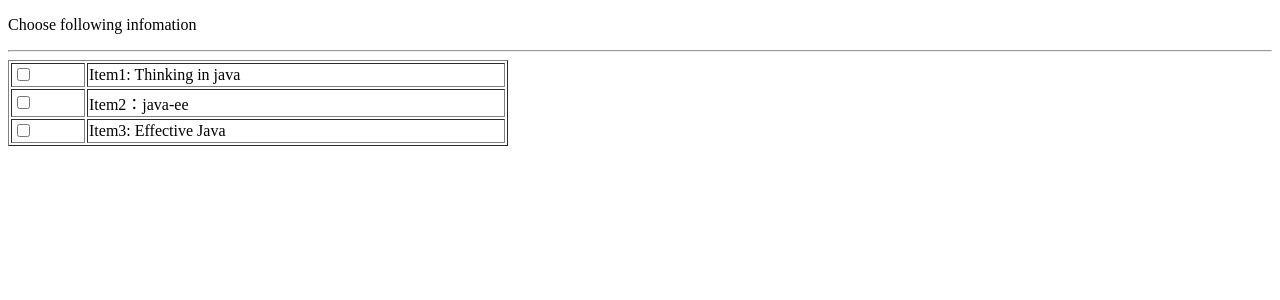
Repository: Lansefanggezi/JavaWeb
Page: ShopSession/WebContent/Shop.html
These files come from the project's save history. The page is drawn as it stood at one moment and after the next save; the edit follows.
The browser window is 1280 px wide. The pictures show the whole page.

Above is the page before, as saved 2018-03-31 15:12:46.

### ShopSession/WebContent/Shop.html
<!DOCTYPE html>
<html>
<head>
	<meta http-equiv="content-type" content="text/Html;charset=gb2312">
	<title>Shop</title>
</head>
<body>
	<p>Choose following infomation</p>
	<hr>
	<form name="form" method="post" action="ShopServletForSession">
	<table width="500" border="1">
		<tr>
			<td width="70">
				<input type="checkbox" name="item" value="Thinking in java">
			</td>
			<td>
				Item1: Thinking in java
			</td>
		</tr>
		<tr>
			<td>
				<input type="checkbox" name="item" value="java-ee">
			</td>
			<td>
				Item2：java-ee
			</td>
		</tr>
		<tr>
			<td>
				<input type="checkbox" name="item" value="Effective Java">
			</td>
			<td>
				Item3: Effective Java
			</td>
		</tr>
	</table>
	</form>
</body>
</html>

After the next save:
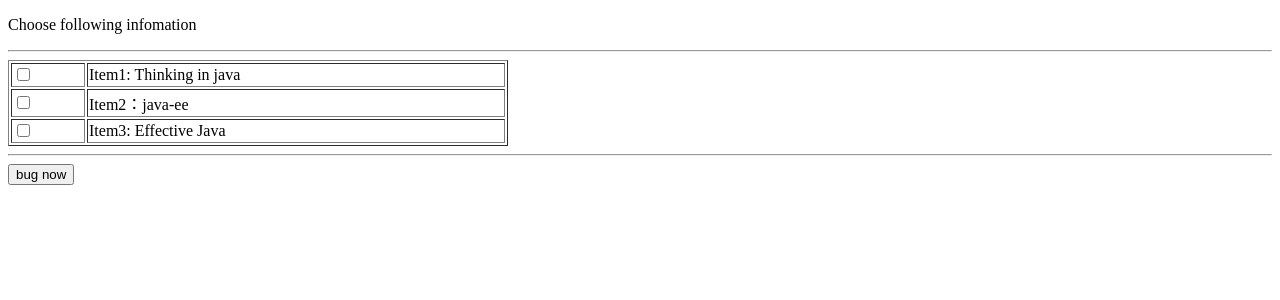
Saved 2 min 16 s later.
--- a/ShopSession/WebContent/Shop.html
+++ b/ShopSession/WebContent/Shop.html
@@ -34,6 +34,8 @@
 			</td>
 		</tr>
 	</table>
+	<hr>
+	<input type="submit" name="submit" value="bug now">
 	</form>
 </body>
 </html>
